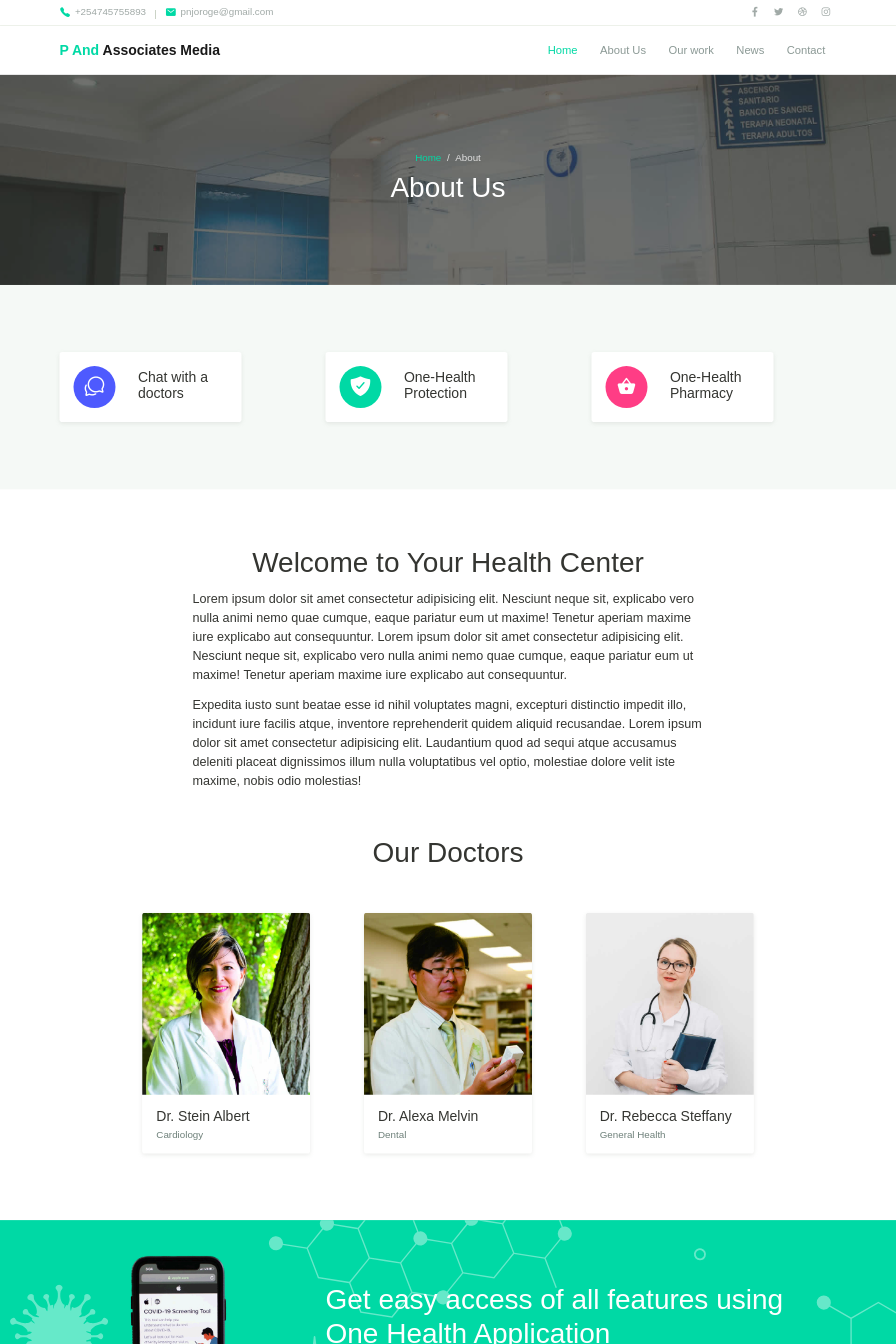
Repository: profbkmurage/myWeb
Page: html/about.html
An editor plug-in stored every save of this project. The page is shown before and after the next save, followed by the edit.
The browser window is 1280 px wide. The pictures show the part of the page from y = 0 to 1920 px (the page is 2579 px tall before and 2371 px after), at 70% of full size.

Above is the page before, as saved 2023-12-10 16:12:42.

After the next save:
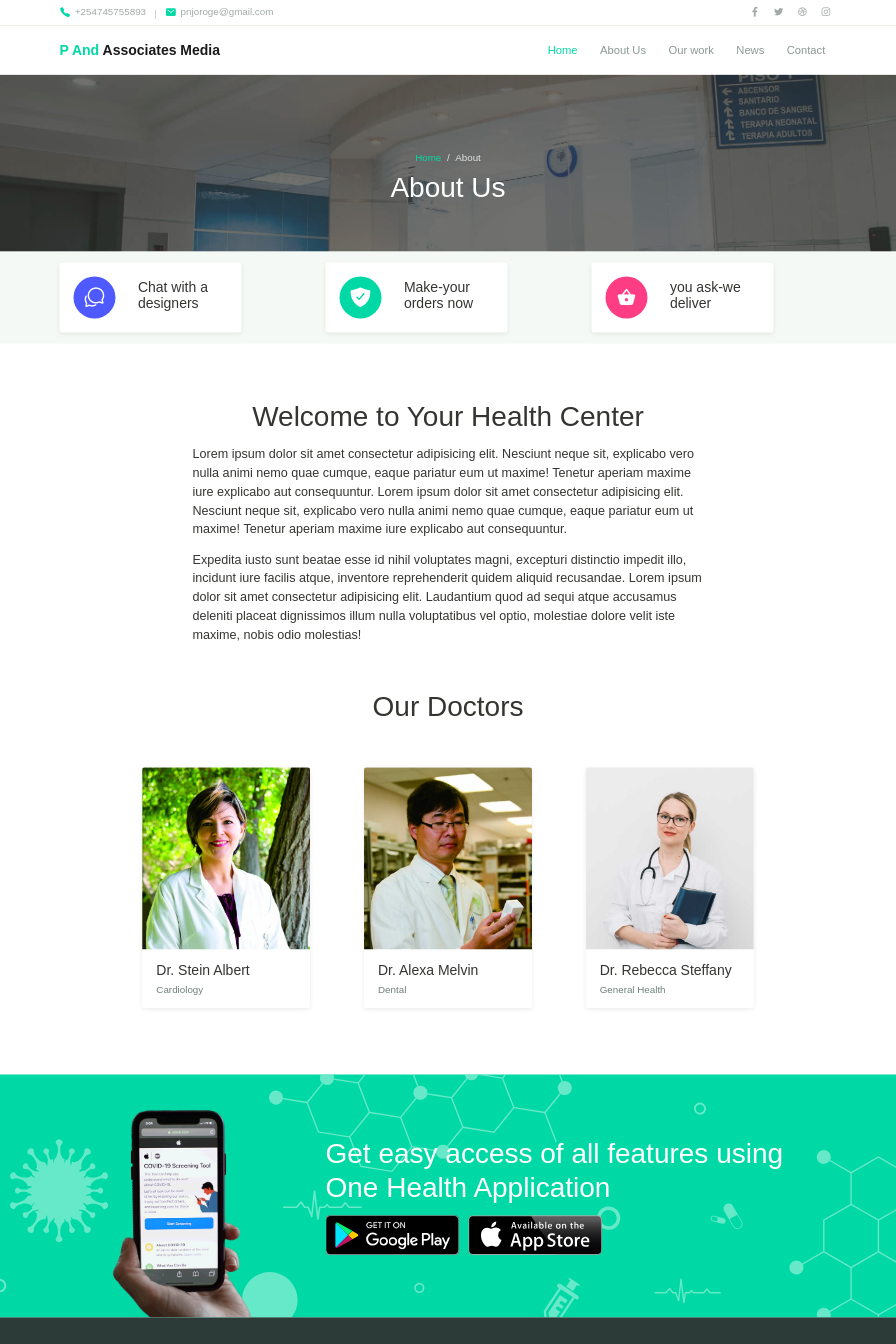
Saved 5 min 49 s later.
--- a/html/about.html
+++ b/html/about.html
@@ -103,36 +103,36 @@
     </div> <!-- .banner-section -->
   </div> <!-- .page-banner -->
 
-  <div class="page-section bg-light">
-    <div class="container">
-      <div class="row">
-        <div class="col-md-4 py-3 wow zoomIn">
-          <div class="card-service">
-            <div class="circle-shape bg-secondary text-white">
-              <span class="mai-chatbubbles-outline"></span>
-            </div>
-            <p><span>Chat</span> with a doctors</p>
-          </div>
-        </div>
-        <div class="col-md-4 py-3 wow zoomIn">
-          <div class="card-service">
-            <div class="circle-shape bg-primary text-white">
-              <span class="mai-shield-checkmark"></span>
-            </div>
-            <p><span>One</span>-Health Protection</p>
-          </div>
-        </div>
-        <div class="col-md-4 py-3 wow zoomIn">
-          <div class="card-service">
-            <div class="circle-shape bg-accent text-white">
-              <span class="mai-basket"></span>
-            </div>
-            <p><span>One</span>-Health Pharmacy</p>
-          </div>
-        </div>
-      </div>
-    </div>
-  </div>
+    <div class="page-section bg-light py-3 mt-md-n5 custom-index">
+      <div class="container">
+        <div class="row justify-content-center">
+          <div class="col-md-4 py-3 py-md-0">
+            <div class="card-service wow fadeInUp">
+              <div class="circle-shape bg-secondary text-white">
+                <span class="mai-chatbubbles-outline"></span>
+              </div>
+              <p><span>Chat</span> with a designers</p>
+            </div>
+          </div>
+          <div class="col-md-4 py-3 py-md-0">
+            <div class="card-service wow fadeInUp">
+              <div class="circle-shape bg-primary text-white">
+                <span class="mai-shield-checkmark"></span>
+              </div>
+              <p><span>Make</span>-your orders now</p>
+            </div>
+          </div>
+          <div class="col-md-4 py-3 py-md-0">
+            <div class="card-service wow fadeInUp">
+              <div class="circle-shape bg-accent text-white">
+                <span class="mai-basket"></span>
+              </div>
+              <p><span>you ask</span>-we deliver</p>
+            </div>
+          </div>
+        </div>
+      </div>
+    </div> <!-- .page-section -->
 
   <div class="page-section">
     <div class="container">
